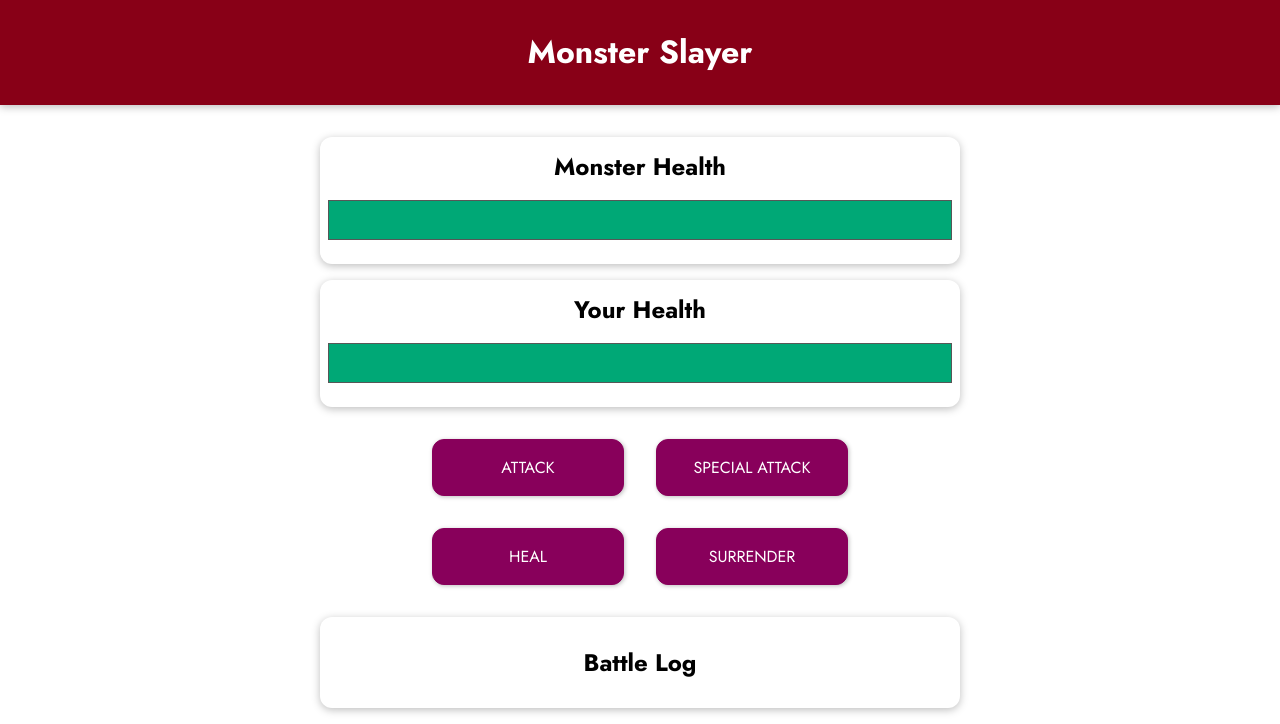
Repository: Schwarzbaer2/monster-slayer
Page: index.html
The author's editor kept a copy of each file at every save. The page is drawn from the files as they stood at one save, then again after the next save.
The browser window is 1280 px wide. The pictures show the whole page.

Above is the page before, as saved 2021-02-26 11:23:51.

### index.html
<!DOCTYPE html>
<html lang="en">
  <head>
    <meta charset="UTF-8" />
    <meta name="viewport" content="width=device-width, initial-scale=1.0" />
    <title>Vue Basics</title>
    <link
      href="https://fonts.googleapis.com/css2?family=Jost:wght@400;700&display=swap"
      rel="stylesheet"
    />
    <link rel="stylesheet" href="styles.css" />
    <script src="https://unpkg.com/vue@next" defer></script>
    <script src="app.js" defer></script>
  </head>
  <body>
    <header>
      <h1>Monster Slayer</h1>
    </header>
    <div id="game">
      <section id="monster" class="container">
        <h2>Monster Health</h2>
        <div class="healthbar">
          <div
            class="healthbar__value"
            :style="monsterBarStyles"
          ></div>
        </div>
      </section>
      <section id="player" class="container">
        <h2>Your Health</h2>
        <div class="healthbar">
          <div class="healthbar__value"
          :style="playerBarStyles"
        ></div>
      </section>
      <section class="container" v-if="winner">
        <h2>Game Over!</h2>
        <h3 v-if="winner === 'monster'">You lost!</h3>
        <h3 v-else-if="winner === 'player'">You won!</h3>
        <h3 v-else>It's a draw!</h3>
        <button @click="startGame">Start New Game</button>
      </section>
      <section id="controls">
        <button @click="attackMonster">ATTACK</button>
        <button :disabled="mayUseSpecialAttack" @click="specialAttackMonster">SPECIAL ATTACK</button>
        <button @click="healPlayer">HEAL</button>
        <button @click="surrender">SURRENDER</button>
      </section>
      <section id="log" class="container">
        <h2>Battle Log</h2>
        <ul></ul>
      </section>
    </div>
  </body>
</html>

### styles.css
* {
  box-sizing: border-box;
}

html {
  font-family: 'Jost', sans-serif;
}

body {
  margin: 0;
}

header {
  box-shadow: 0 2px 8px rgba(0, 0, 0, 0.26);
  padding: 0.5rem;
  background-color: #880017;
  color: white;
  text-align: center;
  margin-bottom: 2rem;
}

section {
  width: 90%;
  max-width: 40rem;
  margin: auto;
}

.healthbar {
  width: 100%;
  height: 40px;
  border: 1px solid #575757;
  margin: 1rem 0;
  background: #fde5e5;
}

.healthbar__value {
  background-color: #00a876;
  width: 100%;
  height: 100%;
}

.container {
  text-align: center;
  padding: 0.5rem;
  margin: 1rem auto;
  box-shadow: 0 2px 8px rgba(0, 0, 0, 0.26);
  border-radius: 12px;
}

#monster h2,
#player h2 {
  margin: 0.25rem;
}

#controls {
  display: flex;
  flex-direction: row;
  flex-wrap: wrap;
  align-items: center;
  justify-content: center;
}

button {
  font: inherit;
  border: 1px solid #88005b;
  background-color: #88005b;
  color: white;
  padding: 1rem 2rem;
  border-radius: 12px;
  margin: 1rem;
  width: 12rem;
  cursor: pointer;
  box-shadow: 1px 1px 4px rgba(0, 0, 0, 0.26);
}

button:focus {
  outline: none;
}

button:hover,
button:active {
  background-color: #af0a78;
  border-color: #af0a78;
  box-shadow: 1px 1px 8px rgba(0, 0, 0, 0.26);
}

button:disabled {
  background-color: #ccc;
  border-color: #ccc;
  box-shadow: none;
  color: #3f3f3f;
  cursor: not-allowed;
}

#log ul {
  list-style: none;
  margin: 0;
  padding: 0;
}

#log li {
  margin: 0.5rem 0;
}

.log--player {
  color: #7700ff;
}

.log--monster {
  color: #da8d00;
}

.log--damage {
  color: red;
}

.log--heal {
  color: green;
}

### app.js
function getRandomValue(min, max) {
  return Math.floor(Math.random() * (max - min)) + min
}

const app = Vue.createApp({
  data() {
    return {
      playerHealth: 100,
      monsterHealth: 100,
      currentRound: 0,
      winner: null,
    }
  },
  computed: {
    monsterBarStyles() {
      if (this.monsterHealth < 0) {
        return { width: '0%' }
      }
      return { width: this.monsterHealth + '%' }
    },
    playerBarStyles() {
      if (this.playerHealth < 0) {
        return { width: '0%' }
      }
      return { width: this.playerHealth + '%' }
    },
    mayUseSpecialAttack() {
      return this.currentRound % 3 !== 0
    },
  },
  watch: {
    playerHealth(value) {
      if (value <= 0 && this.monsterHealth <= 0) {
        // a draw
        this.winner = 'draw'
      } else if (value <= 0) {
        // player lost
        this.winner = 'monster'
      }
    },
    monsterHealth(value) {
      if (value <= 0 && this.playerHealth <= 0) {
        // a draw
        this.winner = 'draw'
      } else if (value <= 0) {
        // monster lost
        this.winner = 'player'
      }
    },
  },
  methods: {
    startGame() {
      this.playerHealth = 100
      this.monsterHealth = 100
      this.winner = null
      this.currentRound = 0
    },
    attackMonster() {
      this.currentRound++
      const attackValue = getRandomValue(5, 12)
      this.monsterHealth -= attackValue
      this.attackPlayer()
    },
    attackPlayer() {
      const attackValue = getRandomValue(8, 15)
      this.playerHealth -= attackValue
    },
    specialAttackMonster() {
      this.currentRound++
      const attackValue = getRandomValue(10, 25)
      this.monsterHealth -= attackValue
      this.attackPlayer()
    },
    healPlayer() {
      this.currentRound++
      const healValue = getRandomValue(8, 20)
      if (this.playerHealth + healValue > 100) {
        this.playerHealth = 100
      } else {
        this.playerHealth += healValue
      }
      this.attackPlayer()
    },
    surrender() {
      this.winner = 'monster'
    },
  },
})

app.mount('#game')

After the next save:
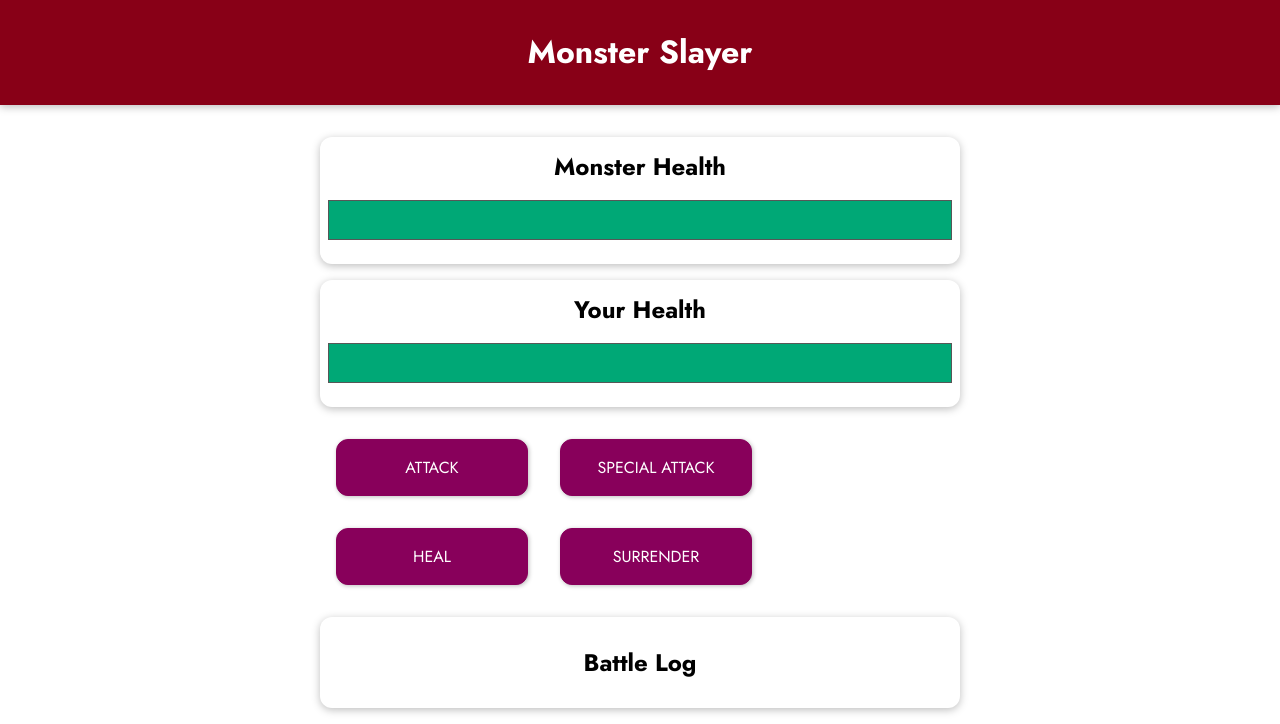
Saved 99 s later.
--- a/index.html
+++ b/index.html
@@ -40,7 +40,7 @@
         <h3 v-else>It's a draw!</h3>
         <button @click="startGame">Start New Game</button>
       </section>
-      <section id="controls">
+      <section id="controls v-else">
         <button @click="attackMonster">ATTACK</button>
         <button :disabled="mayUseSpecialAttack" @click="specialAttackMonster">SPECIAL ATTACK</button>
         <button @click="healPlayer">HEAL</button>

After the save that followed:
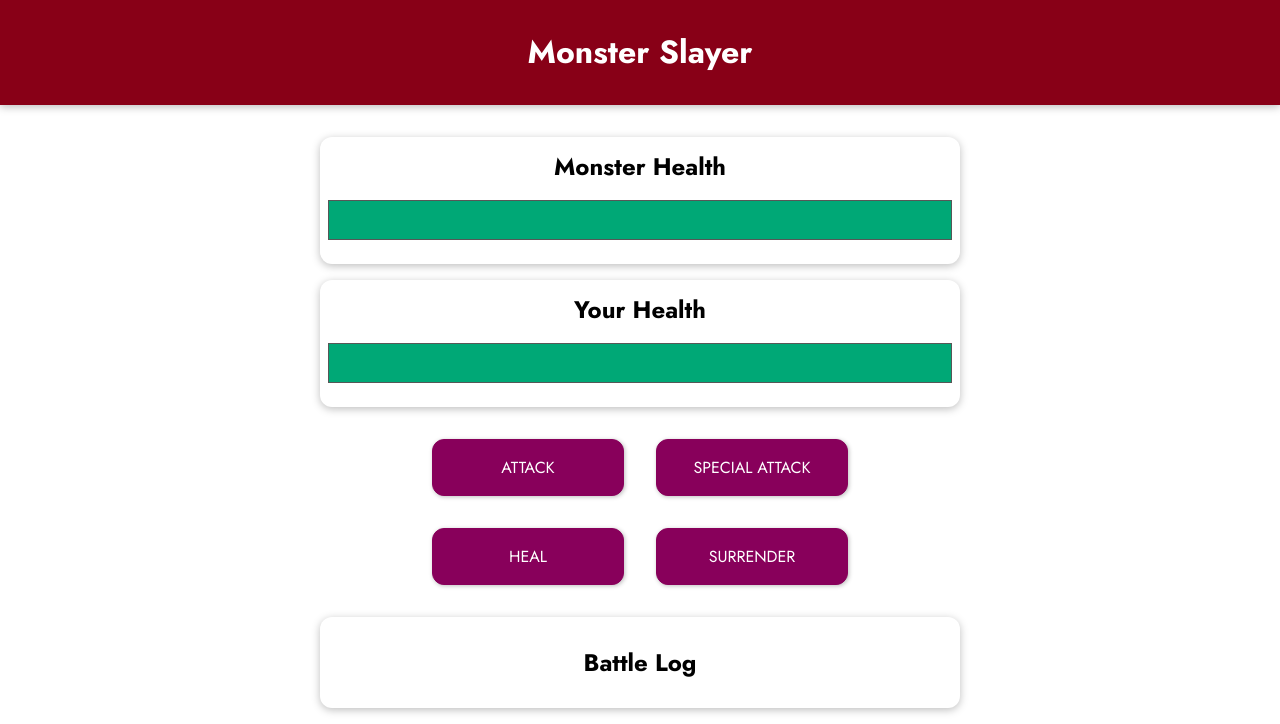
Saved 20 s later.
--- a/index.html
+++ b/index.html
@@ -40,7 +40,7 @@
         <h3 v-else>It's a draw!</h3>
         <button @click="startGame">Start New Game</button>
       </section>
-      <section id="controls v-else">
+      <section id="controls" v-else>
         <button @click="attackMonster">ATTACK</button>
         <button :disabled="mayUseSpecialAttack" @click="specialAttackMonster">SPECIAL ATTACK</button>
         <button @click="healPlayer">HEAL</button>
